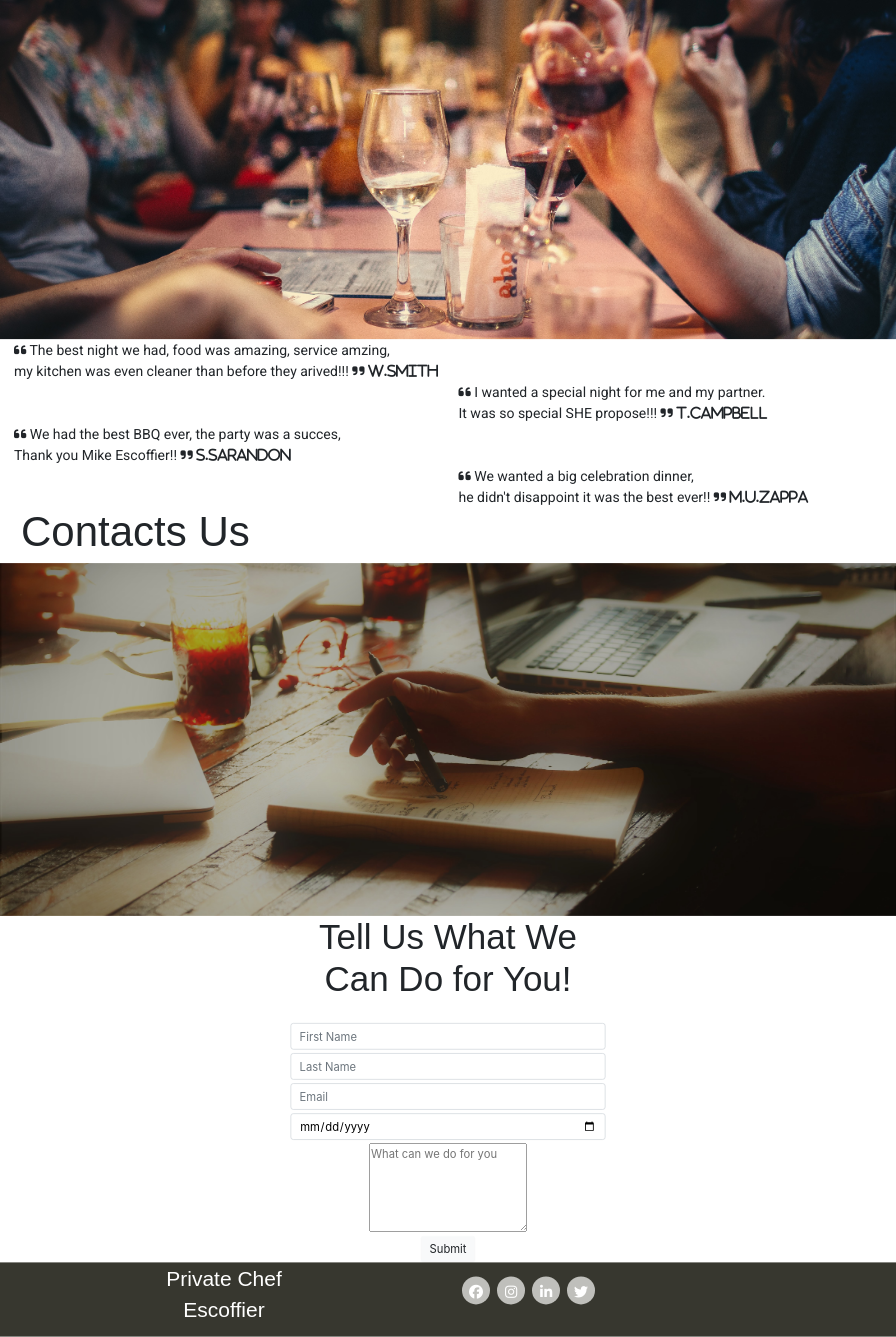
Repository: Mrsebastino/First-Milestone
Page: index.html
The author's editor kept a record of every edit. The page is drawn from the files as they stood at one moment, then again after the next edit.
The browser window is 1280 px wide. The pictures show the part of the page from y = 2278 to 4198 px (the page is 4188 px tall before and 4198 px after), at 70% of full size.
Backgrounds fixed to the window are drawn as part of the page. Some web fonts or font styles are not loaded; a fallback is used. Some web libraries are served in a nearby version.

Above is the page before.

### index.html
<!DOCTYPE html>
<html lang="en">

<head>
    <!--i used favicon generator to create the icon-->
    <meta charset="UTF-8">
    <meta name="viewport" content="width=device-width, initial-scale=1.0">
    <meta http-equiv="X-UA-Compatible" content="ie=edge">
    <title>Private Chef Escoffier</title>
    <link rel="shortcut icon" href="assets/images/favicon-32x32.png" type="image/png" />
    <link rel="stylesheet" href="https://stackpath.bootstrapcdn.com/bootstrap/4.3.1/css/bootstrap.min.css">
    <link rel="stylesheet" href="assets/css/style.css" type="text/css" />
</head>
<!-- I have nested the navbar so it shows over my background image, found it quicker to achieve what i wanted i took the code from Bootstrap-->

<body>
    <header>
        <nav class="navbar navbar-expand-lg navbar-light bg-dark">
            <button class="navbar-toggler" type="button" data-toggle="collapse" data-target="#navbarNavDropdown" aria-controls="navbarNavDropdown" aria-expanded="false" aria-label="Toggle navigation">
                               <span class="navbar-toggler-icon"></span>
                            </button>
            <div class="collapse navbar-collapse" id="navbarNavDropdown">
                <ul class="navbar-nav">
                    <li class="nav-item active">
                        <a class="nav-link-logo" href="index.html">Private Chef<br> Ecofffier <span class="sr-only"></span></a>
                    </li>
                    <li class="nav-item">
                        <a class="nav-link" href="#events">Events</a>
                    </li>
                    <li class="nav-item">
                        <a class="nav-link" href="#quotes">Quotes</a>
                    </li>
                    <li class="nav-item">
                        <a class="nav-link" href="#contact">Contact</a>
                    </li>
                </ul>
            </div>
        </nav>
        <div class="container-fluid landing-page">
            <div class="row">
                <div class="col-sm-4 col-md-6">
                    <p class="container-fluid" id="container-title"> Private Chef<br> Escoffier</p>
                </div>
            </div>
        </div>
    </header>
    <section-about>
        <div class="container-fluid">
            <div class="row no-gutter">
                <div class="col-sm-4 col-md-6 col-lg-12">
                    <span class="about-heading">Mike Escoffier</span><br> is a classically trained chef from Montreal, who worked with many Michelin star chef. He then venture around the world exploring different culture and of course food. He now bring
                    back all that experience and passion for you to enjoy in the confort of your home. He has over 30 years of experience, whether you are looking for a dinner for two or a banquet for 100, we can assure you we will cater to your need.
                    We can help you to find the perfect venues,choose your wine and providing staff.
                </div>
                <div class="container-fluid">
                    <div class="row no-gutter">
                        <div class="col-sm-4 col-md-6 col-lg-12">
                            <div class="img-fluid" id="about-photo">
                                <img src="assets/images/chanterelle-ravioli.jpg" class="square" alt="chanterelle ravioli">
                                <img src="assets/images/beef-blur-chicken-323682.jpg" class="square" alt="french trimmed rack of lamb">
                                <img src="assets/images/monkfish.jpg" class="square" alt="monkfish osso bucco with langoustine veloute">
                                <img src="assets/images/fruit-tart.jpg" class="square" alt="fruit tarts">
                            </div>
                        </div>
                    </div>
                </div>
            </div>
    </section-about>

    <section-event>
        <div id="events">
            <h1>Events</h1>
        </div>
        <div class="img-fluid events-bg"></div>
        <div class="container-fluid container-event">
            <div class="row">
                <div class="col-sm-4 col-md-6">
                    <h3 class="event-heading"> What we do </h3>
                    <p class="event-information">
                        Dinner for two<br> Big Dinner Party<br> Surprise Party<br> Celebration Dinner<br>
                    </p>
                </div>
                <div class="row">
                    <div class="col-sm-4 col-md-6">
                        <h3 class="event-heading">What we Cook</h3>
                        <p class="event-information">
                            Confit Salmon w/ Slow Roast Tomatoes and Shallot Tatin. <br> Chanterelles & Taleggio Ravioli with Parmesan Crips. <br> French Trimmed Rack Of Lamb. <br> Monkfish Osso-Bucco w/ Langoustine Veloute. <br>
                        </p>
                    </div>
                </div>
            </div>
        </div>
    </section-event>

    <section-quotes>
        <div id="quotes">
            <h1>Quotes</h1>
        </div>
        <div class="img-fluid quotes-bg"></div>
        <div class="row">
            <div class="col quotes-container">
                <i class="fas fa-quote-left"></i> The best night we had, food was amazing, service amzing,<br> my kitchen was even cleaner than before they arived!!!
                <i class="fas fa-quote-right">  W.Smith</i>
            </div>
        </div>
        <div class="row">
            <div class="col quotes-container-right">
                <i class="fas fa-quote-left "></i> I wanted a special night for me and my partner.<br> It was so special SHE propose!!!
                <i class="fas fa-quote-right"> T.Campbell</i>
            </div>
        </div>
        <div class="row">
            <div class="col quotes-container">
                <i class="fas fa-quote-left "></i> We had the best BBQ ever, the party was a succes,<br> Thank you Mike Escoffier!!
                <i class="fas fa-quote-right">  S.Sarandon</i>
            </div>
        </div>
        <div class="row">
            <div class="col quotes-container-right">
                <i class="fas fa-quote-left "></i> We wanted a big celebration dinner,<br> he didn't disappoint it was the best ever!!
                <i class="fas fa-quote-right"> M.U.Zappa</i>
            </div>
        </div>
        </div>
    </section-quotes>

    <section-contact>
        <div class="container-fluid">
            <h1>Contacts Us</h1>
        </div>
        <div class="img-fluid contact-bg"></div>
        <div class="container-fluid contact-form-section text-center">
            <div class="row">
                <h2 class="col-sm-12 uppercase header">Tell Us What We<br>Can Do for You!</h2>
            </div>
            <div id="contact-form">
                <form action="https://mike.escoffier.com" method="post">
                    <input type="text" id="fname" name="fname" class="form-control" placeholder="First Name" required="please fill this field">
                    <input type="text" id="lname" name="lname" class="form-control" placeholder="Last Name" required="please fill this field">
                    <input type="email" id="email" name="email" class="form-control" placeholder="Email" required="please fill this field">
                    <input type="date" id="date" name="date" class="form-control" placeholder="dd/m/yyyy" required="please fill this field">
                    <textarea rows="5" name="query" id="query" placeholder="What can we do for you" required="please fill this field"></textarea>
                </form>
                <div id="button">
                    <input type="submit" value="Submit" class="btn btn-light">
                </div>
            </div>
        </div>
    </section-contact>

    <footer>
        <!--the footer is inpired by the resume project, on mobile devices i have remove the logo-footer ( a tip from my mentor)-->
        <div class="container-footer" id="footer">
            <div class="row">
                <div class="col-med-12 col-lg-6">
                    <p class="logo-footer">
                        <a class="logo-footer" href="index.html"><span>Private Chef<br>  Escoffier</span></a>
                    </p>
                </div>
                <div class="col-med-12 col-lg-6">
                    <ul class="list-inline social-link">
                        <li class="list-inline-item">
                            <a href="#"></a> <i class="fab fa-facebook" aria-hidden="true"></i>
                            <span class="sr-only">Facebook</span></a>
                            <a href="#"></a> <i class="fab fa-instagram" aria-hidden="true"></i>
                            <span class="sr-only">instagram</span></a>
                            <a href="#"></a> <i class="fab fa-linkedin-in" aria-hidden="true"></i>
                            <span class="sr-only">LinkedIn</span></a>
                            <a href="#"></a> <i class="fab fa-twitter" aria-hidden="true"></i>
                            <span class="sr-only">twitter</span></a>
                        </li>
                    </ul>
                </div>
            </div>
        </div>
    </footer>
    <script src="https://code.jquery.com/jquery-3.3.1.slim.min.js"></script>
    <script src="https://cdnjs.cloudflare.com/ajax/libs/popper.js/1.14.7/umd/popper.min.js"></script>
    <script src="https://stackpath.bootstrapcdn.com/bootstrap/4.3.1/js/bootstrap.min.js"></script>
    <script src="https://kit.fontawesome.com/59067acff4.js"></script>
</body>

</html>

### assets/css/style.css
@import url('https://fonts.googleapis.com/css?family=Roboto:100,200,300,400,500,600,700|Mansalva:100,200,300,400,500,600,700');

.body {
    font-family: 'Roboto', sans-serif;
    margin: 0;
    padding: 0;
}

.row {
    width: auto;
    margin: 0;
}

/*---------Header------*/

.container-fluid {
    width: auto;
    margin: 0;
    padding: 0;
}

#container-title {
    padding-top: 50px;
    font-family: 'Mansalva', sans-serif;
    text-align: center;
    font-size: 70px;
    color: #fff;
}


/*---------backgrounfd image------*/

.landing-page {
    padding: 0;
    margin: 0;
    height: 70vh;
    background: url("../images/blur-chef-cooking-2403392.jpg") no-repeat center fixed;
    background-attachment: fixed;
    -webkit-background-size: cover;
    -moz-background-size: cover;
    -o-background-size: cover;
    background-size: cover;
}

.events-bg {
    padding: 0;
    margin: 0;
    height: 70vh;
    background: url("../images/anise-aroma-art-277253.jpg") no-repeat center fixed;
    background-attachment: scroll;
    -webkit-background-size: cover;
    -moz-background-size: cover;
    -o-background-size: cover;
    background-size: cover;
}

.quotes-bg {
    padding: 0;
    margin: 0;
    height:70vh;
    background: url("../images/adult-bar-blur-696218.jpg") no-repeat center fixed;
    background-attachment: scroll;
    -webkit-background-size: cover;
    -moz-background-size: cover;
    -o-background-size: cover;
    background-size: cover;
}

.contact-bg {
    padding: 0;
    margin: 0;
    height: 70vh;
    background: url("../images/conference-learning-meeting-7095.jpg") no-repeat center fixed;
    background-attachment: scroll;
    -webkit-background-size: cover;
    -moz-background-size: cover;
    -o-background-size: cover;
    background-size: cover;
}


/*---------Navbar------*/

.navbar {
    position: static;
}

.nav-link-logo {
    font-family: 'Mansalva', sans-serif;
    font-size: 25px;
    color: #fff;
    transition: all 0.5s ease-in-out;
    -moz-transition: all 0.5s ease-in-out;
    -webkit-transition: all 0.5s ease-in-out;
    -o-transition: all 0.5s ease-in-out;
}

.nav-link-logo:hover {
    color: #fff;
    font-size: 30px;
    text-decoration: none;

}

.nav-link {
    font-family: 'Mansalva', sans-serif;
    font-size: 25px;
    color: #fff;
    transition: all 0.5s ease-in-out;
    -moz-transition: all 0.5s ease-in-out;
    -webkit-transition: all 0.5s ease-in-out;
    -o-transition: all 0.5s ease-in-out;
}

.navbar-light .navbar-nav .nav-link {
    color: #fff;
    margin-left: 30px;
    padding: 0px;
}

.navbar-light .navbar-nav .nav-link:hover {
    color: #fff;
    font-size: 30px;

}

.navbar-toggler-icon {
    color: #fff;
    display: inline-block;
    width: 1.5em;
    height: 1.5em;
    vertical-align: middle;
    background: no-repeat center center;
    background-size: 100%;
}

.navbar-toggler {
    padding: .25rem .75rem;
    font-size: 1.25rem;
    line-height: 1;
    background-color: #fff;
    border: 1px solid transparent;
    border-radius: .25rem;
}

/*---------events------*/


h1 {
    font-size: 60px;
    font-weight: 400;
    font-family: 'Mansalva', sans-serif;
    padding-left: 30px;

}

.container-event {
    margin: 0;
    padding: 0;
    background-color: #f6f6f0;
}

.about-heading {
    font-family: 'Mansalva', sans-serif;
    font-size: 60px;
    text-align: center;
    font-weight: 500;
    color: #212529;
}

.event-heading {
    font-family: 'Mansalva', sans-serif;
    font-size: 60px;
    text-align: center;
    font-weight: 500;
    color: #212529;
}

.event-information {
    height: auto;
    color: black;
    text-align: center;
    font-size: 20px;
    font-weight: 500;
}

#about-photo {
    margin-left: 60px;
    display: inline;
}

/*---------quotes------*/

.quotes-container {
    margin: 0 5px;
    font-family: 'Roboto', sans-serif;
    font-size: 20px;
    height: auto;
}

.quotes-container-right {
    font-family: 'Roboto', sans-serif;
    font-size: 20px;
    margin-left: 50%;
    height: auto;
}

/*---------contact us------*/

.contact-form-section {
    background-color: #fffff;
}

#contact-form {
    text-align: center;
    display: inline-grid;
}

.col {
    padding-left: 15px;
    padding-right: 20px;
}

.header {
    font-family: 'Mansalva', sans-serif;
    font-size: 50px;
    text-align: center;
    padding-bottom: 20px;
}


#fname,#lname,#email,#date,#event {
    width: 450px;
    margin-bottom: 5px;
    margin-top: 5px;
    color: #000;
}


/*---------Footer------*/

#footer {
    position: absolute;
    width: 100%;
    background-color: #37372F;
}

.list-inline-item {
    display: inline-table;
}

.logo-footer {
    font-family: 'Mansalva', sans-serif;
    font-size: 30px;
    color: #fff; ;
    text-align: center;
    transition: all 0.5s ease-in-out;
    -moz-transition: all 0.5s ease-in-out;
    -webkit-transition: all 0.5s ease-in-out;
    -o-transition: all 0.5s ease-in-out;
}

.logo-footer:hover {
    font-size: 35px;
    text-decoration: none;
    color: #fff;
}

.fab {
    margin-left:5px;
    margin-right: 5px;
    height: 40px;
    width: 40px;
    padding: 12px 0;
    border-radius: 50px;
    text-align: center;
    font-size: 20px;
    margin-top: 20px;
    color: #fff; ;
    background-color: #BFBFBB;
    transition: all 0.5s ease-in-out;
    -moz-transition: all 0.5s ease-in-out;
    -webkit-transition: all 0.5s ease-in-out;
    -o-transition: all 0.5s ease-in-out;
}

.fab:hover {
    color: #5f5d5d;
    text-decoration: none;
    font-size: 20px;
}

/*---------media queries------*/

@media(max-width: 767px) {
    .logo-footer {
        display: none;
    }
    .list-inline.social-link {
        text-align: center;
    }
    .quotes-container {
        display: inline-grid;
        padding-top: 5px;
        padding-bottom: 5px;
    }
    .quotes-container-right {
        display: inline-grid;
        margin-left: 0;
        padding-top: 5px;
        padding-bottom: 5px;
    }
}

After the next edit:
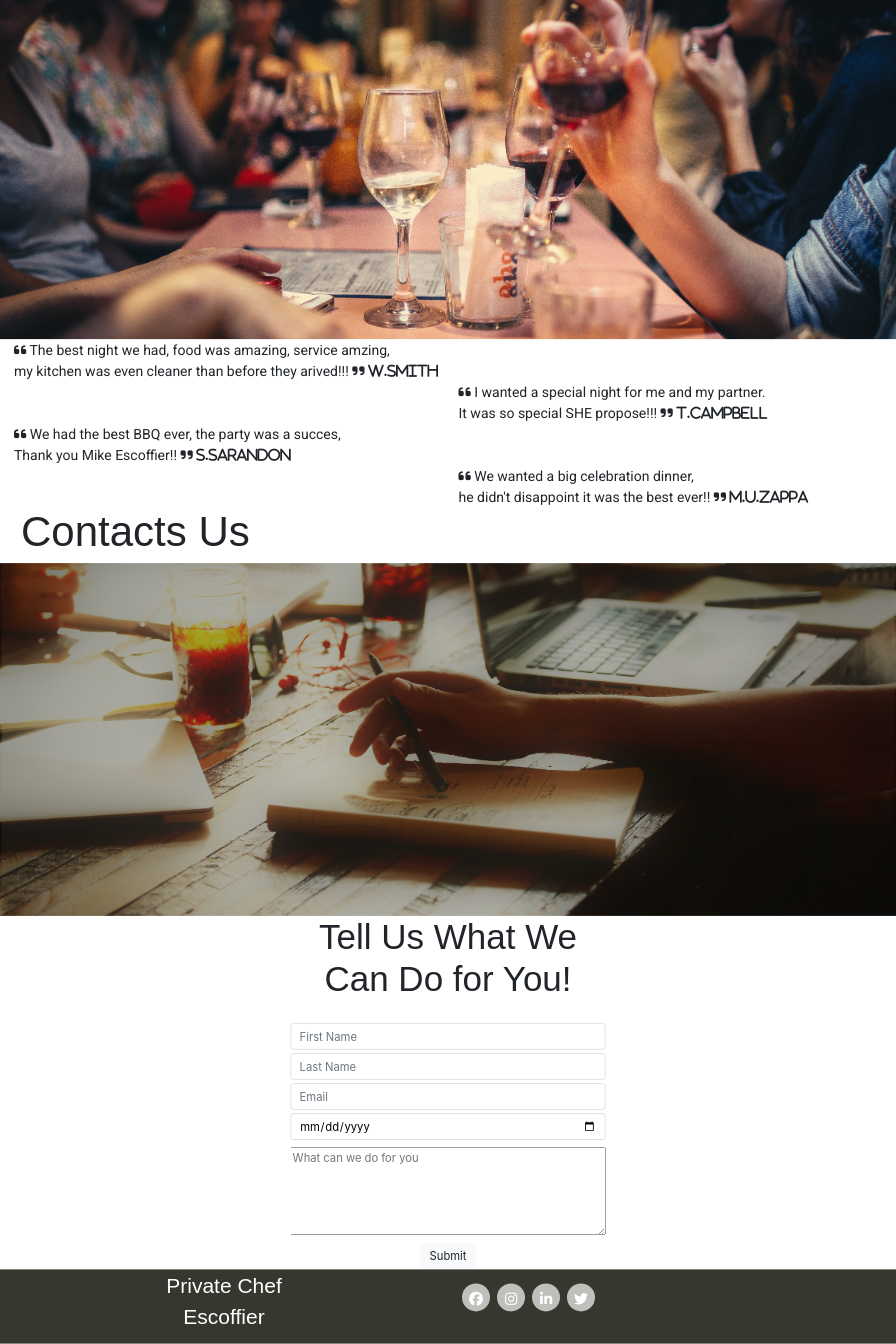
The edit:
--- a/assets/css/style.css
+++ b/assets/css/style.css
@@ -229,7 +229,7 @@
 }
 
 
-#fname,#lname,#email,#date,#event {
+#fname,#lname,#email,#date,#query {
     width: 450px;
     margin-bottom: 5px;
     margin-top: 5px;
